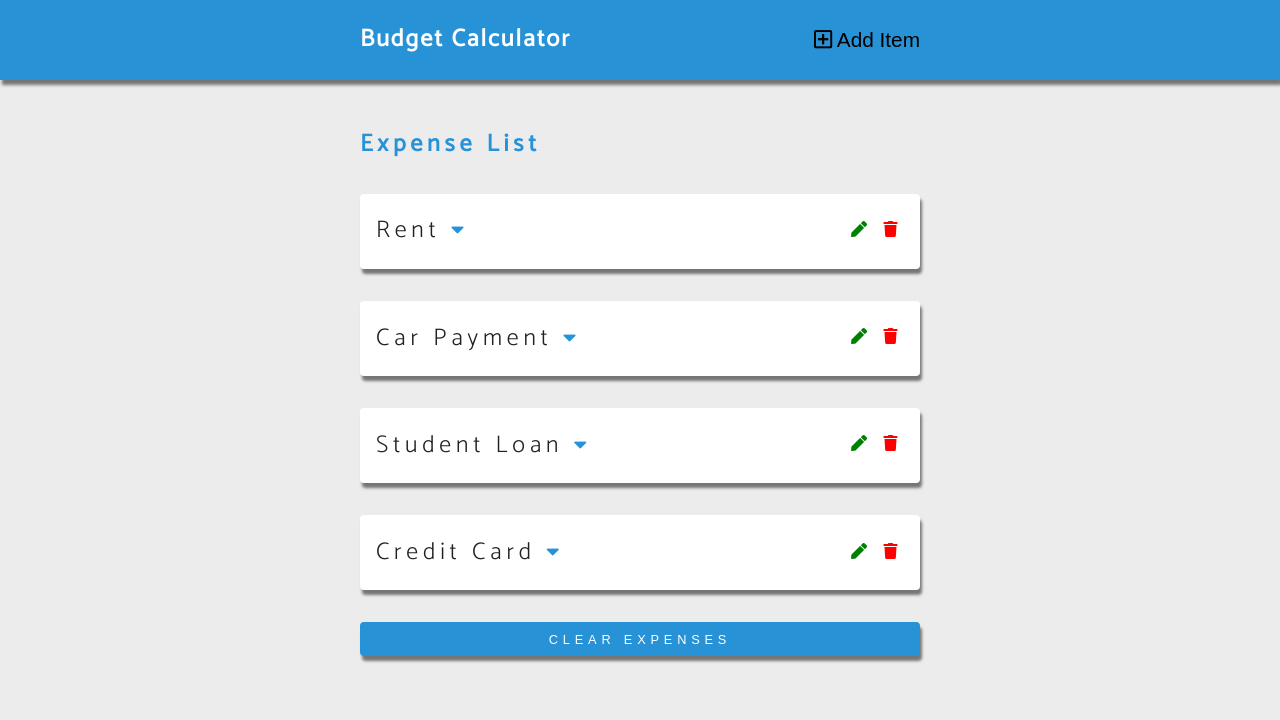
Repository: webdril/budget
Page: /
The author's editor kept a copy of each file at every save. The page is drawn from the files as they stood at one save, then again after a run of saves.
The browser window is 1280 px wide. The pictures show the whole page.
The project was rebuilt for these pictures with package versions that can differ from the ones it lists, and the page was loaded fresh each time.

Above is the page before, as saved 2020-03-03 23:47:32.

After the next 2 saves:
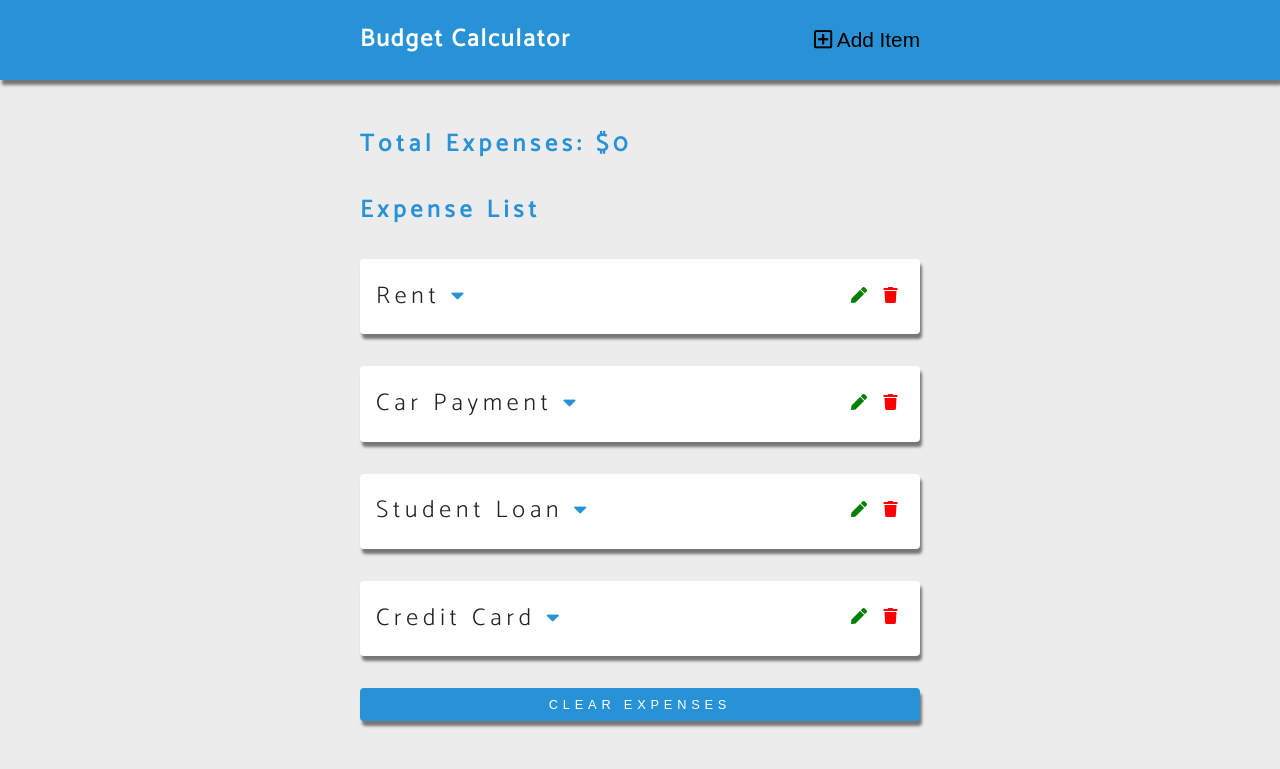
The 2 saves are shown as one change because 1 did not build or start.
The last was saved 2 min 19 s later.
--- a/src/App.svelte
+++ b/src/App.svelte
@@ -3,6 +3,7 @@ import {setContext} from 'svelte';
 // components
 import Navbar from './Navbar.svelte'
 import ExpensesList from './ExpensesList.svelte'
+import Totals from './Totals.svelte'
 
 // Data
 import expensesData from './expenses';
@@ -26,6 +27,7 @@ setContext('remove', removeExpense)
 
 <Navbar />
 <main class="content">
+	<Totals title="total expenses" total="0" />
 	<ExpensesList {expenses}/>
 	<button type="button" class="btn btn-primary btn-block" on:click={clearExpenses}> Clear Expenses</button>
 </main>
